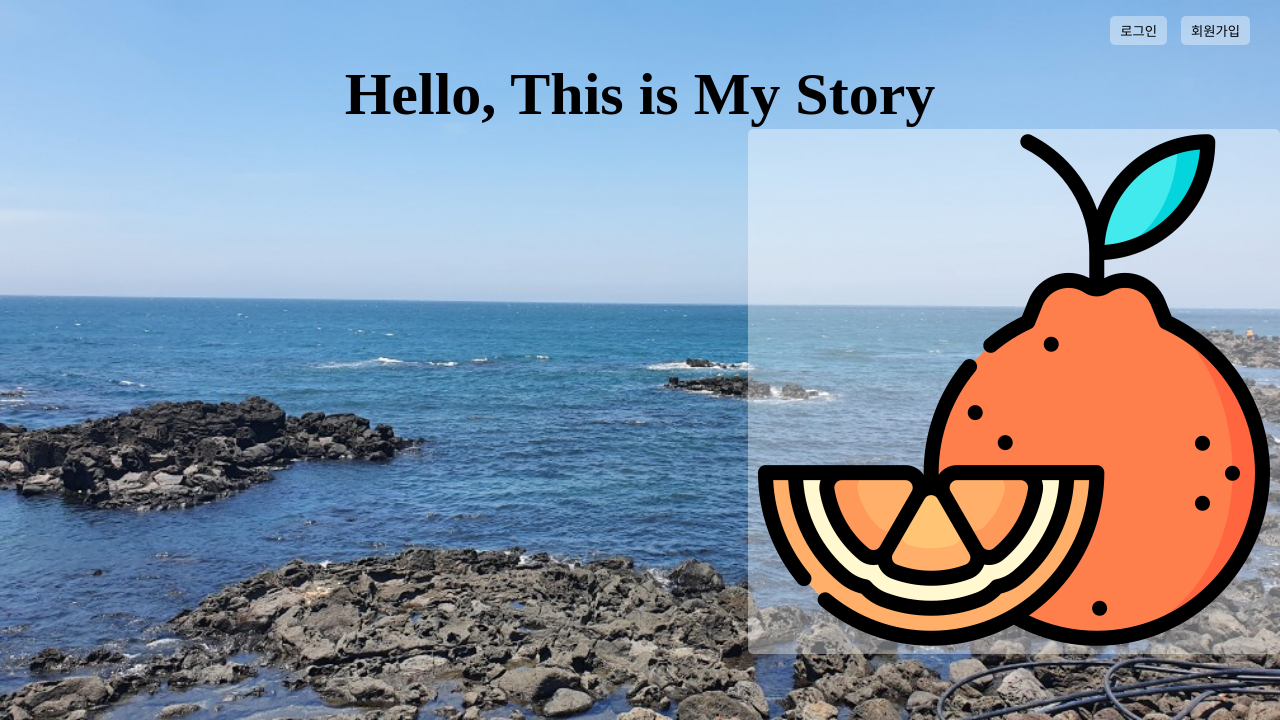
Repository: jeeniii/test2022_12_29
Page: http://localhost/portfolio/mem/login_auth
An editor plug-in stored every save of this project. The page is shown before and after the next save, followed by the edit.
The browser window is 1280 px wide. The pictures show the whole page.
The page is served by Tomcat 9. Other server files are loaded and not shown. Queries for data that is not in the repository find no rows.

Above is the page before, as saved 2022-12-13 06:48:33.

### JSP_Portfolio/portfolio/src/main/webapp/index.jsp
<%@ page language="java" contentType="text/html; charset=UTF-8"
    pageEncoding="UTF-8"%>
<%@ taglib uri="http://java.sun.com/jsp/jstl/core" prefix="c" %>
<!DOCTYPE html>
<html>
<head>
<meta charset="UTF-8">
<title>Insert title here</title>
<%@ include file="/header.jsp" %>
</head>
<body>

<div class="main_container">
	<div class="main_container2">

		<div class="sub_container">
			<c:if test="${ses.id ne null }">
				<a href="/mem/list"><button type="button">함께하는 이웃들</button></a> <br>
				<a href="/brd/register"><button type="button">게시판 등록</button></a> <br>
				<a href="/brd/pageList"><button type="button">게시판 리스트</button></a><br>
				<a href="/mem/remove?id=${ses.id }" onclick="return confirm('정말 탈퇴하시겠습니까?');"><button type="button">회원 탈퇴</button></a>
			</c:if>
		</div>
	</div>
		<a href="/" id="hanlabtn"><button type="button"><img src="/resources/한라봉.png" id="hanlabong"></button></a>
</div>

<script type="text/javascript">
const msg='<c:out value="${msg_login }" />';
console.log(msg);
if(msg =="true"){ //console.log(typeof(msg)); 결과 string이 찍혀서 ""로 감쌌다.
	const id='<c:out value="${ses.nick_name}"/>';
	console.log(id);
	if(id != null){
		alert(id+ "님 환영합니다.");
	}
}else if(msg=="false"){
	alert("아이디 또는 패스워드가 틀립니다.");
}


const msg2='<c:out value="${msg_register }" />';
console.log(msg2);
if(msg2=="false"){
	alert("모든 항목을 입력해주세요");
}else if(msg2=="true"){
	alert("회원가입을 환영합니다.");
}
</script>
</body>
</html>

### JSP_Portfolio/portfolio/src/main/webapp/header.jsp
<%@ page language="java" contentType="text/html; charset=UTF-8"
    pageEncoding="UTF-8"%>
    <%@ taglib uri="http://java.sun.com/jsp/jstl/core" prefix="c" %>
<!DOCTYPE html>
<html>
<head>
<meta charset="UTF-8">

<link rel="stylesheet" href="/resources/css/index.css" type="text/css">
</head>
<body>
	<header>
		<div class="realHeader">
			<div class="headbar">
				<ul>

					<c:if test="${ses.id ne null }">
						<li>
							${ses.nick_name }님
						</li>
						<li>
							<a href="/mem/logout?id=${ses.id }"><button type="button">로그아웃</button></a>
						</li>
						<li>
							<a href="/mem/modify?id=${ses.id }"><button type="button">회원정보수정</button></a>
						</li>
					</c:if>

					<c:if test="${ses.id eq null }">
						<li>
							<a href="/mem/login"><button type="button">로그인</button></a>
						</li>
						<li>
							<a href="/mem/join"><button type="button"> 회원가입</button></a>
						</li>
					</c:if>
				</ul>
			</div>
		</div>
		<div class="topic">
			<h1>Hello, This is My Story</h1>
		</div>
	</header>
</body>
</html>

### JSP_Portfolio/portfolio/src/main/java/controller/MemberController.java
package controller;

import java.io.IOException;
import java.util.List;

import javax.servlet.RequestDispatcher;
import javax.servlet.ServletException;
import javax.servlet.annotation.WebServlet;
import javax.servlet.http.HttpServlet;
import javax.servlet.http.HttpServletRequest;
import javax.servlet.http.HttpServletResponse;
import javax.servlet.http.HttpSession;

import org.slf4j.Logger;
import org.slf4j.LoggerFactory;

import domain.MemberVO;
import service.MemberService;
import service.MemberServiceImpl;

@WebServlet("/mem/*")
public class MemberController extends HttpServlet {
	private static final long serialVersionUID = 1L;
	private Logger log=LoggerFactory.getLogger(MemberController.class);
    private MemberService msv;
    private RequestDispatcher rdp;
    private String destPage;
    private int isOk;

    public MemberController() {
    	msv=new MemberServiceImpl();
    }

	protected void service(HttpServletRequest req, HttpServletResponse res) throws ServletException, IOException {
		req.setCharacterEncoding("utf-8");
		res.setCharacterEncoding("utf-8");
		res.setContentType("text/html; charset=utf-8");

		String uri=req.getRequestURI();
		String path=uri.substring(uri.lastIndexOf("/")+1);
		log.info("uri>> "+uri);
		log.info("path>> "+path);

		switch(path) {
		case "login":
			destPage="/member/login.jsp";
			break;

		case "join":
			destPage="/member/join.jsp";

			break;

		case "register":
			try {
				log.info("register check1");
				MemberVO mvo=new MemberVO(
						req.getParameter("id"),
						req.getParameter("pwd"),
						req.getParameter("nick_name"),
						req.getParameter("phone"),
						req.getParameter("addr1")+req.getParameter("addr2"));
				System.out.println(mvo.getId()=="");
				System.out.println(mvo.getPwd()=="");
				System.out.println(mvo.getNick_name()=="");
				System.out.println(mvo.getPhone()=="");
				if(
						mvo.getId()==""||
						mvo.getPwd()==""||
						mvo.getNick_name()==""||
						mvo.getPhone()=="") {
					log.info("Resend check");
					req.setAttribute("msg_register", false);
					//res.sendRedirect("/");
					destPage="/";
					//return;
				}else {
					isOk=msv.register(new MemberVO(
							req.getParameter("id"),
							req.getParameter("pwd"),
							req.getParameter("nick_name"),
							req.getParameter("phone"),
							req.getParameter("addr1").concat(", ").concat(req.getParameter("addr2"))));
					//concate으로 addr1과 addr2를 이어 붙이면서 그 가운데에 ", "도 더해준다.
					if(isOk>0) {
						req.setAttribute("msg_register", true);
					}
					log.info("register check4");
					destPage="/";
				}
			} catch (Exception e) {
				log.info("register error");
				e.printStackTrace();
			}
			break;

		case "login_auth": //실제 로그인이 일어나는 케이스
			try {
				MemberVO mvo=msv.login(new MemberVO(req.getParameter("id"),req.getParameter("pwd")));
				log.info("login check");
				if(mvo != null) {
					//세션 가져오기. 연결된 세션이 없다면 새로 생성
					HttpSession ses=req.getSession();
					//ses로 mvo를 바인딩
					ses.setAttribute("ses", mvo);
					ses.setMaxInactiveInterval(10*60);
					req.setAttribute("msg_login", true);
				}else {
					req.setAttribute("msg_login", false);
				}
				destPage="/";
			} catch (Exception e) {
				log.info("login_auth error");
				e.printStackTrace();
			}
			break;

		case "logout":
			try {
				HttpSession ses=req.getSession();
				ses.invalidate(); //무효화하다
				//로그인 정보 id를 주고 로그인 시간 update
				isOk=msv.lastLogin(req.getParameter("id"));
				log.info("check1");
				log.info("logout>> :"+(isOk>0?"Ok":"Fail"));
				destPage="/";
			} catch (Exception e) {
				log.info("logout error");
				e.printStackTrace();
			}
			break;

		case "list":
			try {
				log.info("list 1");
				List<MemberVO> list=msv.getList();
				req.setAttribute("list", list);
				log.info("list 4");
				destPage="/member/list.jsp";
			} catch (Exception e) {
				log.info("list error");
				e.printStackTrace();
			}
			break;

		case "modify":
			try {
				log.info("modify1");
				String id=req.getParameter("id");
				MemberVO mvo=msv.modify(id);
				req.setAttribute("mvo", mvo);
				log.info("modify4");
				destPage="/member/modify.jsp";
			} catch (Exception e) {
				log.info("modify error");
				e.printStackTrace();
			}
			break;

		case "update":
			try {
				log.info("update1");
				String id=req.getParameter("id");
				String pwd=req.getParameter("pwd");
				String nick_name=req.getParameter("nick_name");
				String phone=req.getParameter("phone");
				String addr=req.getParameter("addr1").concat(", ").concat(req.getParameter("addr2"));
				MemberVO mvo=new MemberVO(id,pwd,nick_name,phone,addr);
				isOk=msv.update(mvo);
				log.info("update4");
				if(isOk>0) {
					HttpSession ses=req.getSession();
					ses.setAttribute("ses", mvo);
					ses.setMaxInactiveInterval(10*60);
				}else {
					req.setAttribute("msg_update", 0);
				}
				log.info("controller update> "+(isOk>0?"ok":"fail"));
				destPage="/";
			} catch (Exception e) {
				log.info("update error");
				e.printStackTrace();
			}
			break;

		case "remove":
			try {
				log.info("remove1");
				String id=req.getParameter("id");
				HttpSession ses=req.getSession();
				ses.invalidate();
				isOk=msv.remove(id);
				destPage="/";
				log.info("remove4");
			} catch (Exception e) {
				log.info("remove error");
				e.printStackTrace();
				break;

			}
		default:
			break;
		}

		rdp=req.getRequestDispatcher(destPage);
		rdp.forward(req, res);
	}

	protected void doGet(HttpServletRequest request, HttpServletResponse response) throws ServletException, IOException {
		service(request, response);
	}

	protected void doPost(HttpServletRequest request, HttpServletResponse response) throws ServletException, IOException {
		service(request, response);
	}

}

### JSP_Portfolio/portfolio/src/main/java/service/MemberServiceImpl.java
package service;

import java.util.List;

import org.slf4j.Logger;
import org.slf4j.LoggerFactory;

import domain.MemberVO;
import repository.MemberDAO;
import repository.MemberDAOImpl;

public class MemberServiceImpl implements MemberService {
	private static final Logger log=LoggerFactory.getLogger(MemberServiceImpl.class);
	private MemberDAO mdao;

	public MemberServiceImpl() {
		mdao=new MemberDAOImpl();
	}

	@Override
	public int register(MemberVO mvo) {
		log.info("register check2");
		return mdao.insert(mvo);
	}

	@Override
	public MemberVO login(MemberVO mvo) {
		log.info("login check2");
		return mdao.selectOne(mvo);
	}

	@Override
	public int lastLogin(String id) {
		log.info("logout check2");
		return mdao.update(id);
	}

	@Override
	public List<MemberVO> getList() {
		log.info("list check2");
		return mdao.seletList();
	}

	@Override
	public MemberVO modify(String id) {
		log.info("modify check2");
		return mdao.modify(id);
	}

	@Override
	public int update(MemberVO mvo) {
		log.info("update check2");
		return mdao.update(mvo);
	}

	@Override
	public int remove(String id) {
		log.info("remove2");
		return mdao.delete(id);
	}

}

### JSP_Portfolio/portfolio/src/main/java/repository/MemberDAO.java
package repository;

import java.util.List;

import domain.MemberVO;

public interface MemberDAO {

	int insert(MemberVO mvo);

	MemberVO selectOne(MemberVO mvo);

	int update(String id);

	List<MemberVO> seletList();

	MemberVO modify(String id);

	int update(MemberVO mvo);

	int delete(String id);

}

### JSP_Portfolio/portfolio/src/main/java/repository/MemberDAOImpl.java
package repository;


import java.util.List;

import org.apache.ibatis.session.SqlSession;
import org.slf4j.Logger;
import org.slf4j.LoggerFactory;

import domain.MemberVO;
import orm.DataBaseBuilder;

public class MemberDAOImpl implements MemberDAO {
	private static final Logger log=LoggerFactory.getLogger(MemberDAOImpl.class);
	private SqlSession sql;
	private final String NS="MemberMapper.";

	public MemberDAOImpl() {
		new DataBaseBuilder();
		sql=DataBaseBuilder.getFactory().openSession();
	}

	@Override
	public int insert(MemberVO mvo) {
		log.info("check");
		int isOk=sql.insert(NS+"add",mvo);
		if(isOk>0) {
			sql.commit();
		}
		log.info("register check3");
		return isOk;
	}

	@Override
	public MemberVO selectOne(MemberVO mvo) {
		log.info("login check3");
		return sql.selectOne(NS+"login",mvo);
	}

	@Override
	public int update(String id) {
		int isOk=sql.update(NS+"last",id);
		if(isOk>0) {
			sql.commit();
		}
		log.info("logout check3");
		return isOk;
	}

	@Override
	public List<MemberVO> seletList() {
		log.info("list check3");
		return sql.selectList(NS+"list");
	}

	@Override
	public MemberVO modify(String id) {
		log.info("modify check3");
		return sql.selectOne(NS+"modify",id);
	}

	@Override
	public int update(MemberVO mvo) {
		int isOk=sql.update(NS+"update",mvo);
		if(isOk>0) {
			sql.commit();
		}
		log.info("update check3");
		return isOk;
	}

	@Override
	public int delete(String id) {
		log.info("remove3");
		int isOk=sql.delete(NS+"delete",id);
		if(isOk>0) {
			sql.commit();
		}
		return isOk;
	}

}

### JSP_Portfolio/portfolio/src/main/java/orm/DataBaseBuilder.java
package orm;

import org.apache.ibatis.io.Resources;
import org.apache.ibatis.session.SqlSessionFactory;
import org.apache.ibatis.session.SqlSessionFactoryBuilder;

public class DataBaseBuilder {
	private static SqlSessionFactory factory;

	static {
		try {
			factory=new SqlSessionFactoryBuilder().build(Resources.getResourceAsReader("orm/MybatisConfig.xml"));
		} catch (Exception e) {
			System.out.println("mybatis error");
			e.printStackTrace();
		}
	}
	public static SqlSessionFactory getFactory() {
		return factory;
	}

}

### JSP_Portfolio/portfolio/src/main/java/domain/MemberVO.java
package domain;

public class MemberVO {
	/*create table member3 (
	id varchar(100) not null,
	pwd varchar(100) not null,
	nick_name varchar(100) not null,
	reg_at datetime default current_timestamp,
	last_login datetime not null,
	primary key(id));*/
	private String id;
	private String pwd;
	private String nick_name;
	private String phone;
	private String addr;
	private String reg_at;
	private String last_login;

	public MemberVO() {}

	//login(id,pwd)
	public MemberVO(String id,String pwd) {
		this.id=id;
		this.pwd=pwd;
	}
	//join,modify(id,pwd,nick_name)
	public MemberVO(String id,String pwd,String nick_name,String phone,String addr) {
		this.id=id;
		this.pwd=pwd;
		this.nick_name=nick_name;
		this.phone=phone;
		this.addr=addr;
	}
	//list(all)
	public MemberVO(String id,String pwd,String nick_name,String phone,String addr,String reg_at,String last_login) {
		this.id=id;
		this.pwd=pwd;
		this.nick_name=nick_name;
		this.phone=phone;
		this.addr=addr;
		this.reg_at=reg_at;
		this.last_login=last_login;
	}

	public String getId() {
		return id;
	}

	public void setId(String id) {
		this.id = id;
	}

	public String getPwd() {
		return pwd;
	}

	public void setPwd(String pwd) {
		this.pwd = pwd;
	}

	public String getNick_name() {
		return nick_name;
	}

	public void setNick_name(String nick_name) {
		this.nick_name = nick_name;
	}

	public String getReg_at() {
		return reg_at;
	}

	public void setReg_at(String reg_at) {
		this.reg_at = reg_at;
	}

	public String getLast_login() {
		return last_login;
	}

	public void setLast_login(String last_login) {
		this.last_login = last_login;
	}

	public String getPhone() {
		return phone;
	}

	public void setPhone(String phone) {
		this.phone = phone;
	}

	public String getAddr() {
		return addr;
	}

	public void setAddr(String addr) {
		this.addr = addr;
	}

}

### JSP_Portfolio/portfolio/src/main/java/domain/BoardVO.java
package domain;

public class BoardVO {
	private int bno;
	private String title;
	private String writer;
	private String content;
	private String reg_date;
	private int read_count;
	private String image_file;

	public BoardVO() {}

	//insert(title,writer,content)
	public BoardVO(String title,String writer,String content) {
		this.title=title;
		this.writer=writer;
		this.content=content;
	}
	//list(bno,title,writer,reg_date,read_count)
	public BoardVO(int bno,String title,String writer,String reg_date,int read_count) {
		this.bno=bno;
		this.title=title;
		this.writer=writer;
		this.reg_date=reg_date;
		this.read_count=read_count;
	}
	//update(bno,title,content)
	public BoardVO(int bno,String title,String content) {
		this.bno=bno;
		this.title=title;
		this.content=content;
	}
	//count(bno,read_count)
	public BoardVO(int bno,int read_count) {
		this.bno=bno;
		this.read_count=read_count;
	}

	public int getBno() {
		return bno;
	}

	public void setBno(int bno) {
		this.bno = bno;
	}

	public String getTitle() {
		return title;
	}

	public void setTitle(String title) {
		this.title = title;
	}

	public String getWriter() {
		return writer;
	}

	public void setWriter(String writer) {
		this.writer = writer;
	}

	public String getContent() {
		return content;
	}

	public void setContent(String content) {
		this.content = content;
	}

	public String getReg_date() {
		return reg_date;
	}

	public void setReg_date(String reg_date) {
		this.reg_date = reg_date;
	}

	public int getRead_count() {
		return read_count;
	}

	public void setRead_count(int read_count) {
		this.read_count = read_count;
	}

	public String getImage_file() {
		return image_file;
	}

	public void setImage_file(String image_file) {
		this.image_file = image_file;
	}

}

### JSP_Portfolio/portfolio/src/main/java/domain/PagingVO.java
package domain;

public class PagingVO {
	private int pageNo;
	private int qty;

	public PagingVO() {
		this(1,5);
	}

	public PagingVO(int pageNo,int qty) {
		this.pageNo=pageNo;
		this.qty=qty;
	}

	public int getPageStart() {
		return (this.pageNo-1)*qty;
	}

	public void setPageNo(int pageNo) {
		this.pageNo = pageNo;
	}

	public int getQty() {
		return qty;
	}

	public void setQty(int qty) {
		this.qty = qty;
	}

	public int getPageNo() {
		return pageNo;
	}

}

### JSP_Portfolio/portfolio/src/main/webapp/resources/css/index.css
@charset "UTF-8";
* {
    margin: 0;
    padding: 0;
    box-sizing: border-box;
}
body{
	width:100%;
	height:100%;
	background-image: url("/resources/제주 바다.jpg");
	background-repeat: no-repeat;
	background-size: cover;
}
.topic{
	text-align: center;
	font-size: 30px;
}
.realHeader{
	height: 60px;
}
.headbar{
	display: flex;
	align-items: center;
	float: right;
	padding: 0px 30px;
	height: 60px;
}
.headbar>ul{
    list-style-type: none;
}
.headbar>ul>li{
	display: inline;;
	margin-left: 10px;
	line-height: 30px;
	vertical-align: middle;
}
.headbar>ul>li>a{
	font-size: 20px;
	font-weight: 700px;
	color: black;
    text-decoration-line:none ;
}

.main_container{
	display: flex;
	min-width:100%;
	min-height:50%;
}
.main_container2{
	display: inline-block;
	margin: 0 auto;
}
button[type="button"]{
	border: 0px;
	padding: 5px 10px;
	border-radius: 5px;
	background-color: rgba(255, 255, 255, 0.377);
}

After the next save:
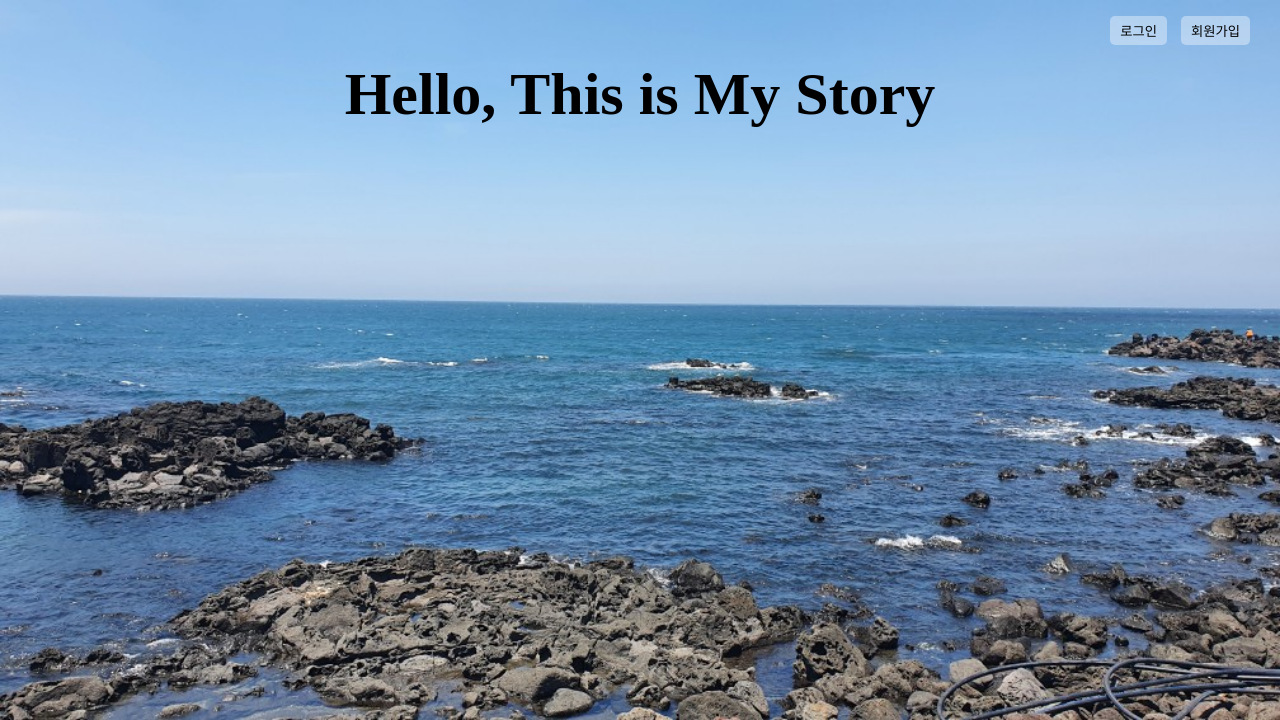
Saved 17 s later.
--- a/JSP_Portfolio/portfolio/src/main/webapp/index.jsp
+++ b/JSP_Portfolio/portfolio/src/main/webapp/index.jsp
@@ -22,7 +22,7 @@
 			</c:if>
 		</div>
 	</div>
-		<a href="/" id="hanlabtn"><button type="button"><img src="/resources/한라봉.png" id="hanlabong"></button></a>
+
 </div>
 
 <script type="text/javascript">
